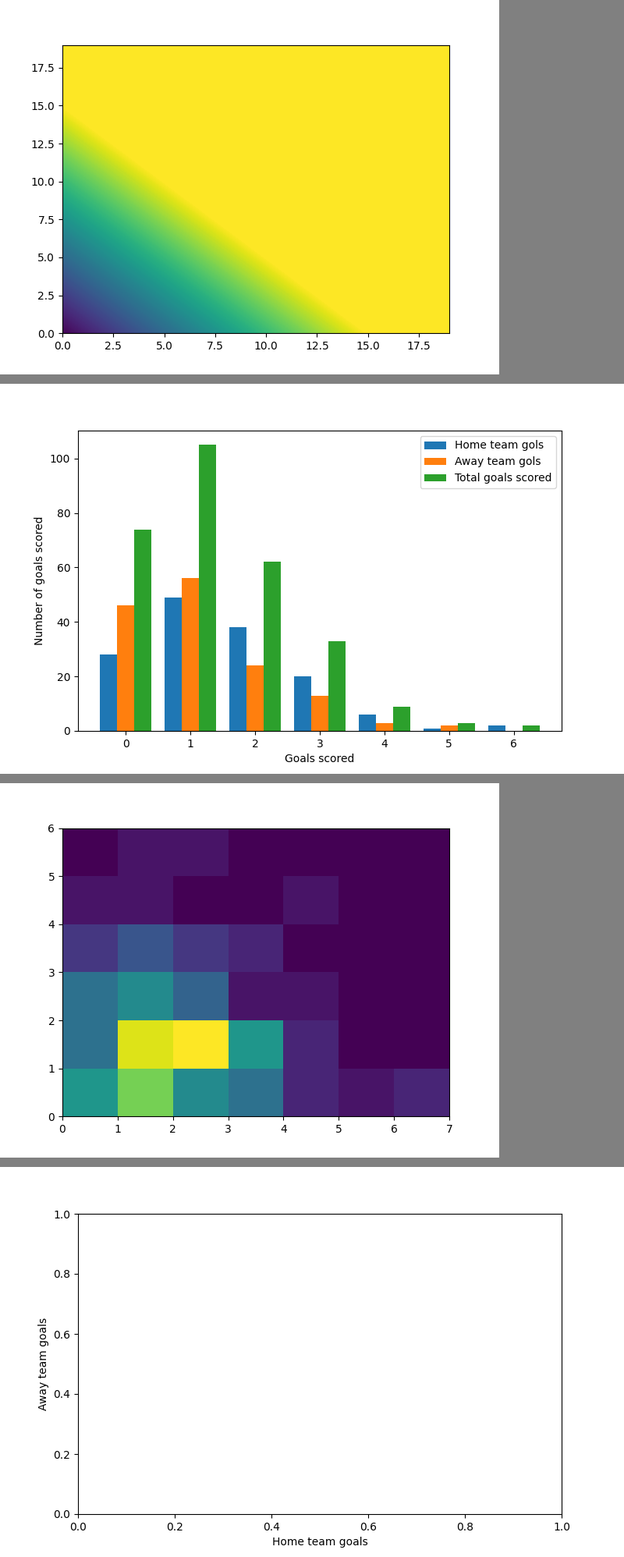
Repository: nelsonalexandrino/python_matplotlib_datavisualization_
Script's output: python Histograms.py
The author's editor kept a copy of each file at every save. The script's output is drawn from the files as they stood at one save, then again after the next save.
The pictures are shown at 78% of full size.
Each picture stacks the figures in order, with grey between them; figures that are only written to a file come last. Random numbers start from a fixed seed.

Above is the script's output before, as saved 2019-08-25 13:12:29.

After the next save:
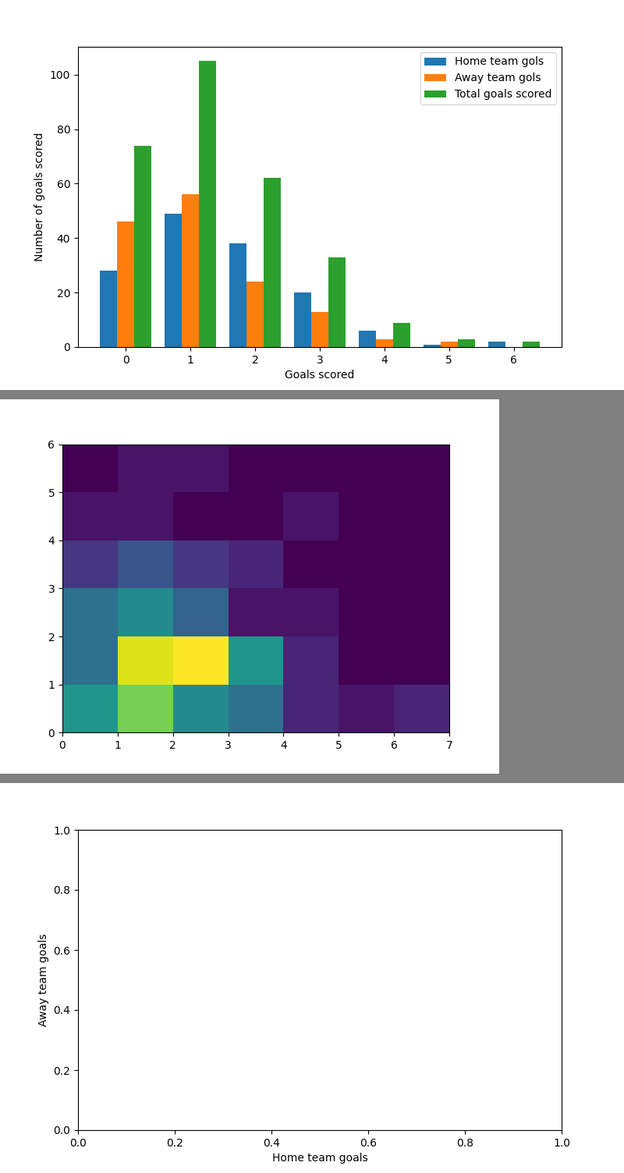
Saved 26 s later.
--- a/Histograms.py
+++ b/Histograms.py
@@ -1,5 +1,4 @@
 import matplotlib.pyplot as pyplot
-import numpy as np
 
 with open('Goals.txt', 'r') as file:
     HomeTeamGoals = [int(x) for x in file.readline().strip(
@@ -7,18 +6,6 @@ with open('Goals.txt', 'r') as file:
     AwayTeamGoals = [int(x) for x in file.readline().strip(
         '\n').strip(' ').split(' ')]
 
-
-x = np.arange(20)
-y = np.arange(20)
-data = x[:, None]+y[None, :]
-
-X, Y = np.meshgrid(x, y)
-vmin = 0
-vmax = 15
-
-# My attempt
-fig, ax = pyplot.subplots()
-contourf_ = ax.contourf(X, Y, data, 400, vmin=vmin, vmax=vmax)
 
 total_goals = HomeTeamGoals + AwayTeamGoals
 pyplot.figure(figsize=(8, 5))
@@ -31,8 +18,6 @@ pyplot.show()
 
 pyplot.hist2d(x=HomeTeamGoals, y=AwayTeamGoals, bins=(range(8), range(7)))
 pyplot.figure(figsize=(8, 5))
-
 pyplot.xlabel('Home team goals')
 pyplot.ylabel('Away team goals')
-# pyplot.colorbar(contourf_)
 pyplot.show()
